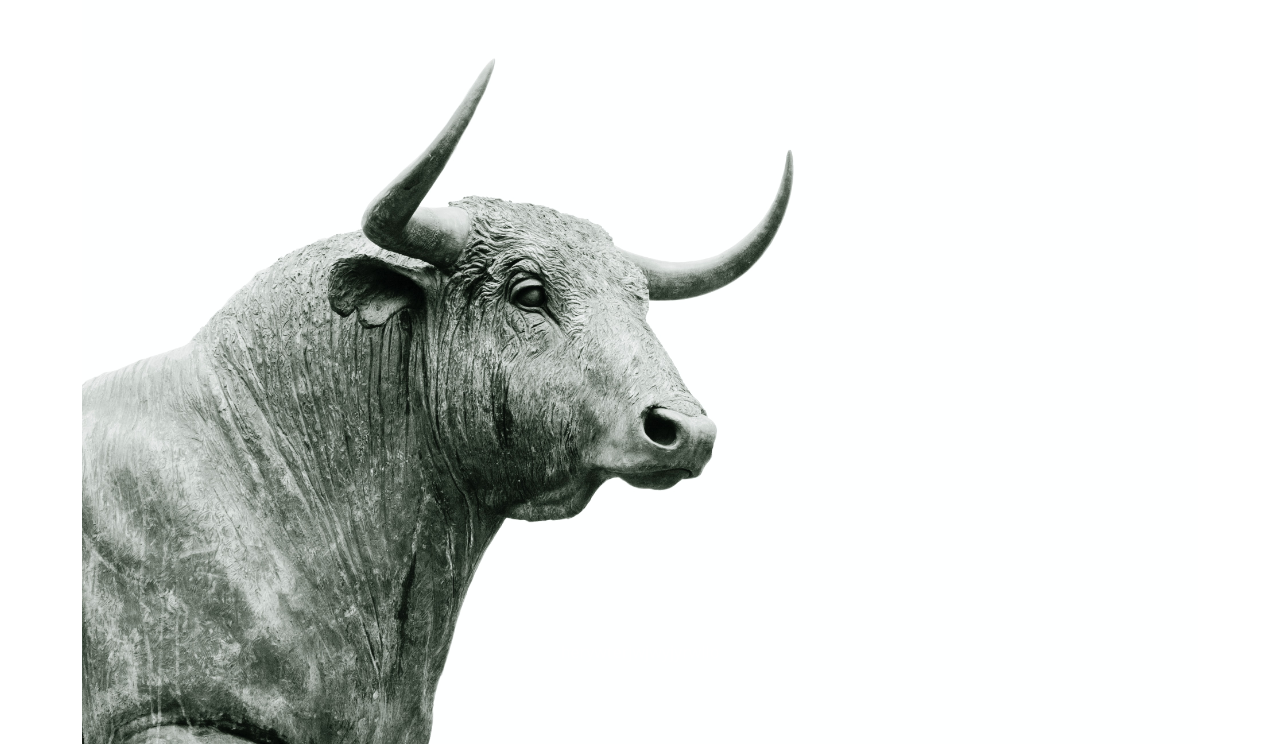
Repository: jmokate/stock-trading-app
Page: /
The author's editor kept a copy of each file at every save. The page is drawn from the files as they stood at one save, then again after the next save.
The browser window is 1280 px wide. The pictures show the whole page.
The project was rebuilt for these pictures with package versions that can differ from the ones it lists, and the page was loaded fresh each time. Also part of the build but not shown: src/App.css.

Above is the page before, as saved 2021-09-14 17:32:17.

After the next save:
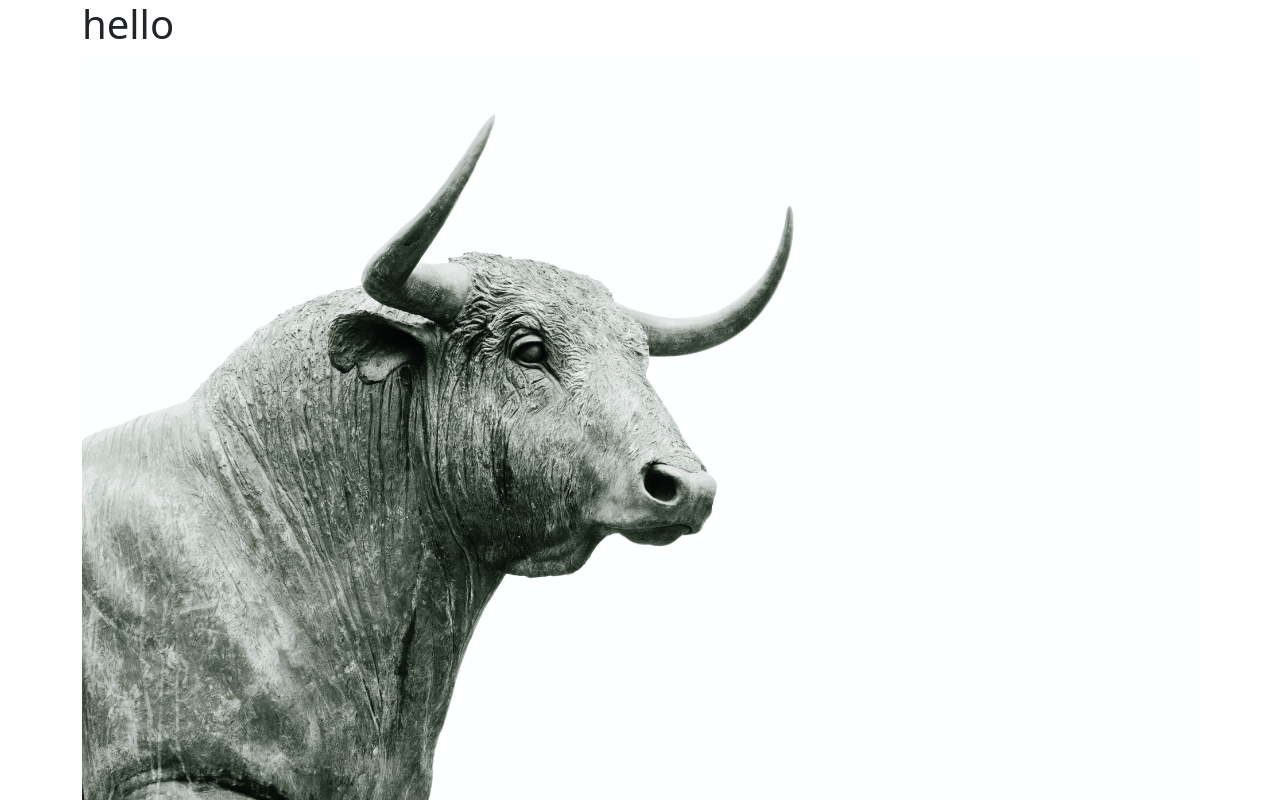
Saved 17 s later.
--- a/src/SplashPage.js
+++ b/src/SplashPage.js
@@ -9,7 +9,7 @@
   return (
     <div>
       <Container>
-          <p class="carousel-caption">herywterjwjwyjyrwllo</p>
+          <h1>hello</h1>
           <img src={bull} alt="bull" class="img-fluid" />
       </Container>
 
